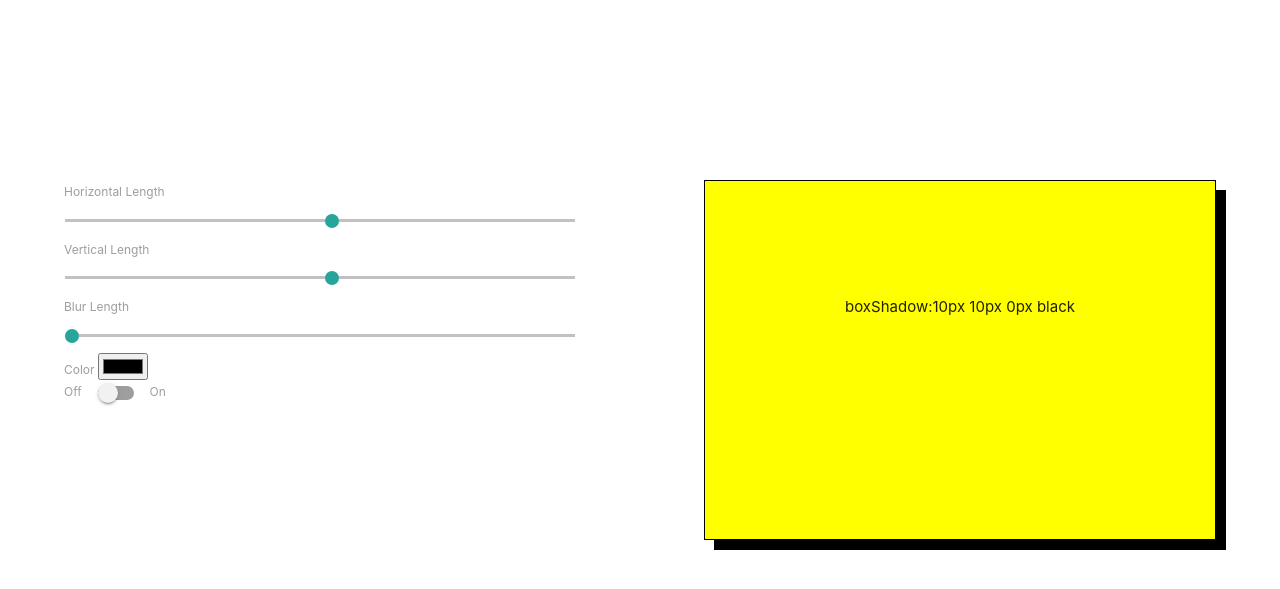
Repository: imrvj/Box-Shadow
Page: /
The author's editor kept a copy of each file at every save. The page is drawn from the files as they stood at one save, then again after the next save.
The browser window is 1280 px wide. The pictures show the whole page.
The project was rebuilt for these pictures with package versions that can differ from the ones it lists, and the page was loaded fresh each time.

Above is the page before, as saved 2020-02-19 23:48:33.

### public/index.html
<!DOCTYPE html>
<html lang="en">
  <head>
    <meta charset="utf-8" />
    <link rel="icon" href="%PUBLIC_URL%/favicon.ico" />
    <meta name="viewport" content="width=device-width, initial-scale=1" />
    <meta name="theme-color" content="#000000" />
    <meta
      name="description"
      content="Web site created using create-react-app"
    />
    <link rel="apple-touch-icon" href="%PUBLIC_URL%/logo192.png" />
    <!--
      manifest.json provides metadata used when your web app is installed on a
      user's mobile device or desktop. See https://developers.google.com/web/fundamentals/web-app-manifest/
    -->
    <link rel="manifest" href="%PUBLIC_URL%/manifest.json" />
    <!--
      Notice the use of %PUBLIC_URL% in the tags above.
      It will be replaced with the URL of the `public` folder during the build.
      Only files inside the `public` folder can be referenced from the HTML.

      Unlike "/favicon.ico" or "favicon.ico", "%PUBLIC_URL%/favicon.ico" will
      work correctly both with client-side routing and a non-root public URL.
      Learn how to configure a non-root public URL by running `npm run build`.
    -->
    <!-- Compiled and minified CSS -->
    <link rel="stylesheet" href="https://cdnjs.cloudflare.com/ajax/libs/materialize/1.0.0/css/materialize.min.css">

    <title>React App</title>
  </head>
  <body>
    <noscript>You need to enable JavaScript to run this app.</noscript>
    <div id="root"></div>
    <!--
      This HTML file is a template.
      If you open it directly in the browser, you will see an empty page.

      You can add webfonts, meta tags, or analytics to this file.
      The build step will place the bundled scripts into the <body> tag.

      To begin the development, run `npm start` or `yarn start`.
      To create a production bundle, use `npm run build` or `yarn build`.
    -->
       <!-- Compiled and minified JavaScript -->
       <script src="https://cdnjs.cloudflare.com/ajax/libs/materialize/1.0.0/js/materialize.min.js"></script>

  </body>
</html>

### src/App.js
import React, { useState } from 'react';

import './App.css';

function App() {
  const [Hori, setHori] = useState(10)
  const [Veri, setVeri] = useState(10)
  const [Blur, setBlur] = useState(0)
  const [Color, setColor] = useState("black")
  return (
    <>

    <div className="App">

      <div className="controls">
      <label>Horizontal Length</label>
      <input type="range"  min="-200" max="200" value={Hori} onChange={(e)=>setHori(e.target.value)}/>
      <label>Vertical Length</label>
      <input type="range"  min="-200" max="200" value={Veri} onChange={(e)=>setVeri(e.target.value)}/>
      <label>Blur Length</label>
      <input type="range"  min="0" max="200" value={Blur} onChange={(e)=>setBlur(e.target.value)}/>
      <label>Color </label>
      <input type="color"  min="0" max="200" value={Color} onChange={(e)=>setColor(e.target.value)}/>
      <div class="switch">
    <label>
      Off
      <input type="checkbox"/>
      <span className="lever"></span>
      On
    </label>
  </div>
     </div>
      <div className="output">
        <div className="Box" style={{boxShadow:`${Hori}px ${Veri}px ${Blur}px ${Color}`}}>
  <p>boxShadow:{Hori}px {Veri}px {Blur}px {Color}</p>
  </div>
      </div>
    </div>
    </>
  );
}

export default App;

### src/App.css
.App
{
    display: flex;
    justify-content: space-around;
    height: 100vh;
    align-items: center;
}

.Box
{
    width: 40vw;
    height: 50vh;
    border: solid 1px black;
    background-color: yellow;
    text-align: center;
    padding-top: 100px;
}

.controls
{
    width: 40vw;
    height: 50vh;
}

Loaded but not shown: src/index.js (common file); src/index.css (common file); src/serviceWorker.js (common file)

After the next save:
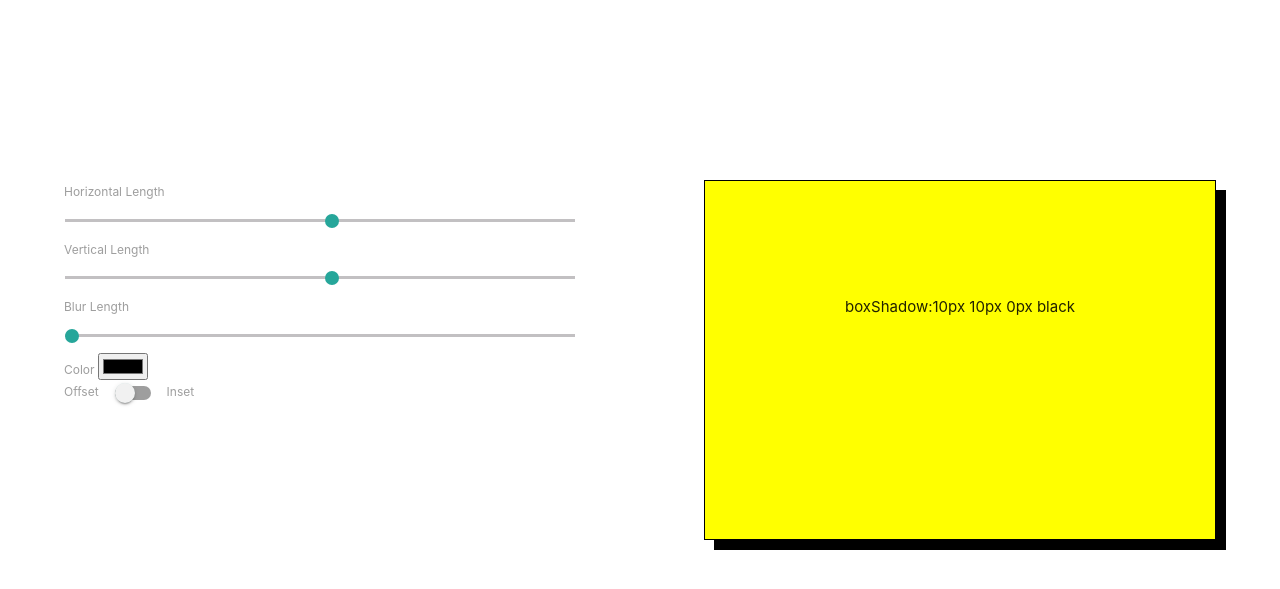
Saved 26 s later.
--- a/src/App.js
+++ b/src/App.js
@@ -23,10 +23,10 @@ function App() {
       <input type="color"  min="0" max="200" value={Color} onChange={(e)=>setColor(e.target.value)}/>
       <div class="switch">
     <label>
-      Off
+      Offset
       <input type="checkbox"/>
       <span className="lever"></span>
-      On
+      Inset
     </label>
   </div>
      </div>
